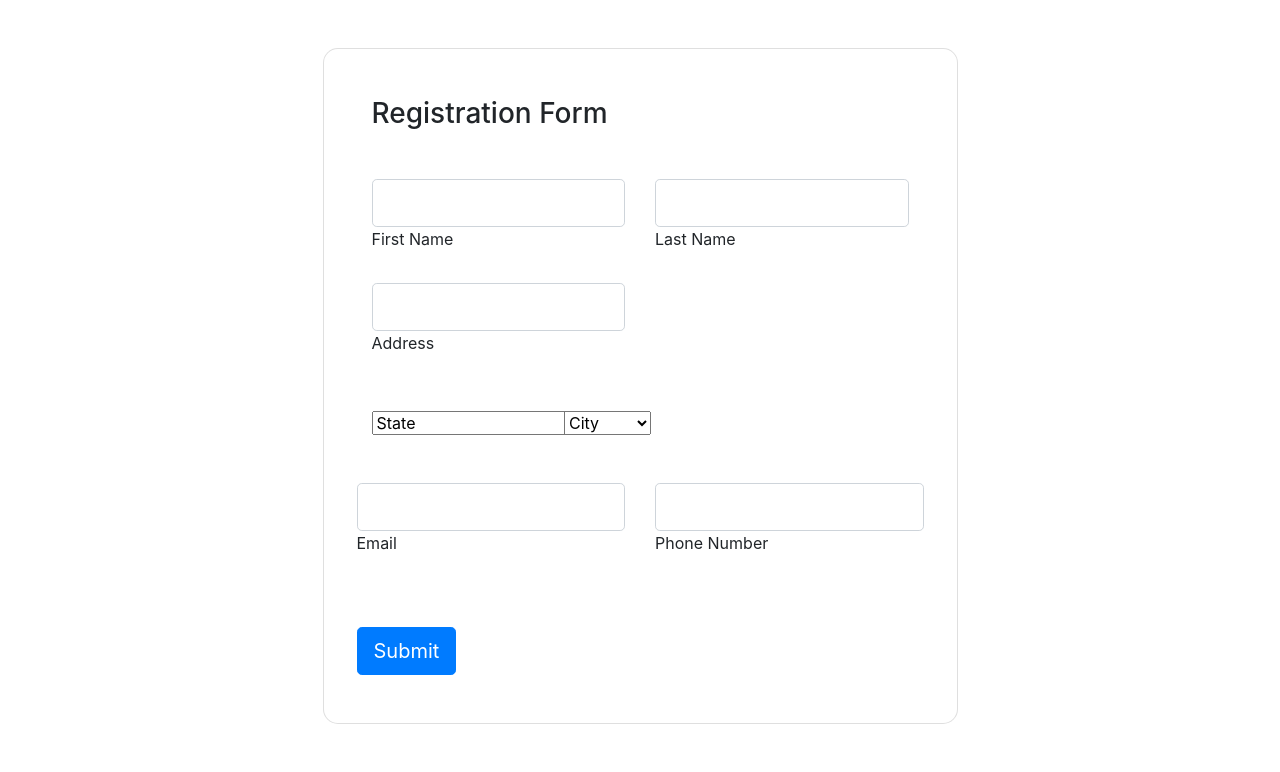
Repository: KeithKeithZ/libapp
Page: http://localhost/userRegister
These files come from the project's save history. The page is drawn as it stood at one moment and after the next save; the edit follows.
The browser window is 1280 px wide. The pictures show the whole page.
The page is served by the project's Laravel application, run on PHP 8.4 with Laravel 8.

Above is the page before, as saved 2021-12-03 13:00:46.

After the next save:
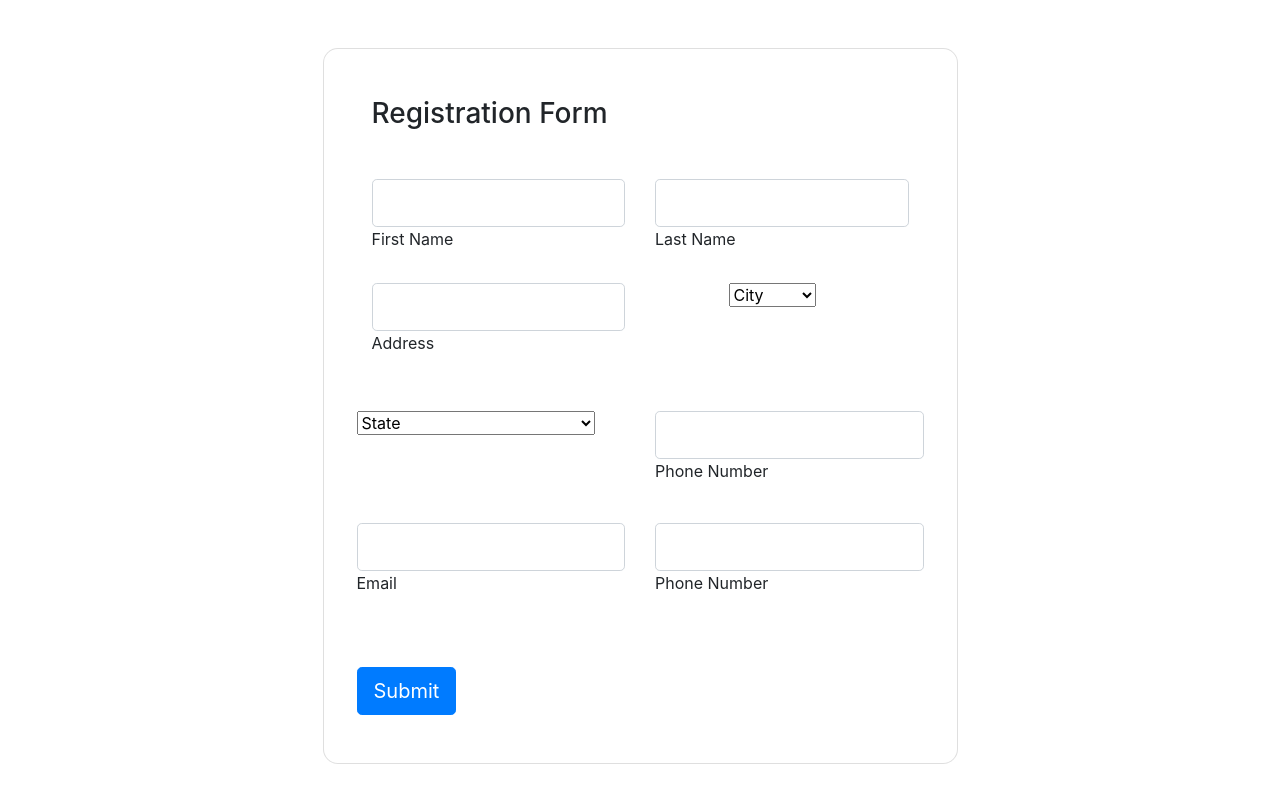
Saved 42 s later.
--- a/resources/views/userRegister.blade.php
+++ b/resources/views/userRegister.blade.php
@@ -51,22 +51,7 @@
                         <div class="row">
                             <div class="col-md-6 mb-4 d-flex align-items-center">
                                 <div class="col-md-8 mb-4">
-                                    <select>
-                                        <option value="1">State</option>
-                                        <option value="2">Alberta</option>
-                                        <option value="3">British Columbia</option>
-                                        <option value="4">Manitoba</option>
-                                        <option value="5">New Brunswick</option>
-                                        <option value="6">Newfoundland and Labrador</option>
-                                        <option value="7">Northwest Territories</option>
-                                        <option value="8">Nova Scotia</option>
-                                        <option value="9">Nunavut</option>
-                                        <option value="10">Ontario</option>
-                                        <option value="11">Prince Edward Island</option>
-                                        <option value="12">Quebec</option>
-                                        <option value="13">Saskatchewan</option>
-                                        <option value="14">Yukon</option>
-                                    </select>
+
                                 </div>
                             </div>
                             <div class="col-md-6 mb-4">
@@ -79,6 +64,39 @@
                                 </select>
                             </div>
                         </div>
+
+                    <div class="row">
+                        <div class="col-md-6 mb-4 pb-2">
+
+                        <div class="form-outline">
+                            <select>
+                                <option value="1">State</option>
+                                <option value="2">Alberta</option>
+                                <option value="3">British Columbia</option>
+                                <option value="4">Manitoba</option>
+                                <option value="5">New Brunswick</option>
+                                <option value="6">Newfoundland and Labrador</option>
+                                <option value="7">Northwest Territories</option>
+                                <option value="8">Nova Scotia</option>
+                                <option value="9">Nunavut</option>
+                                <option value="10">Ontario</option>
+                                <option value="11">Prince Edward Island</option>
+                                <option value="12">Quebec</option>
+                                <option value="13">Saskatchewan</option>
+                                <option value="14">Yukon</option>
+                            </select>
+                        </div>
+
+                        </div>
+                        <div class="col-md-6 mb-4 pb-2">
+
+                        <div class="form-outline">
+                            <input type="tel" id="phoneNumber" class="form-control form-control-lg" />
+                            <label class="form-label" for="phoneNumber">Phone Number</label>
+                        </div>
+
+                        </div>
+                    </div>
 
                     <div class="row">
                         <div class="col-md-6 mb-4 pb-2">
